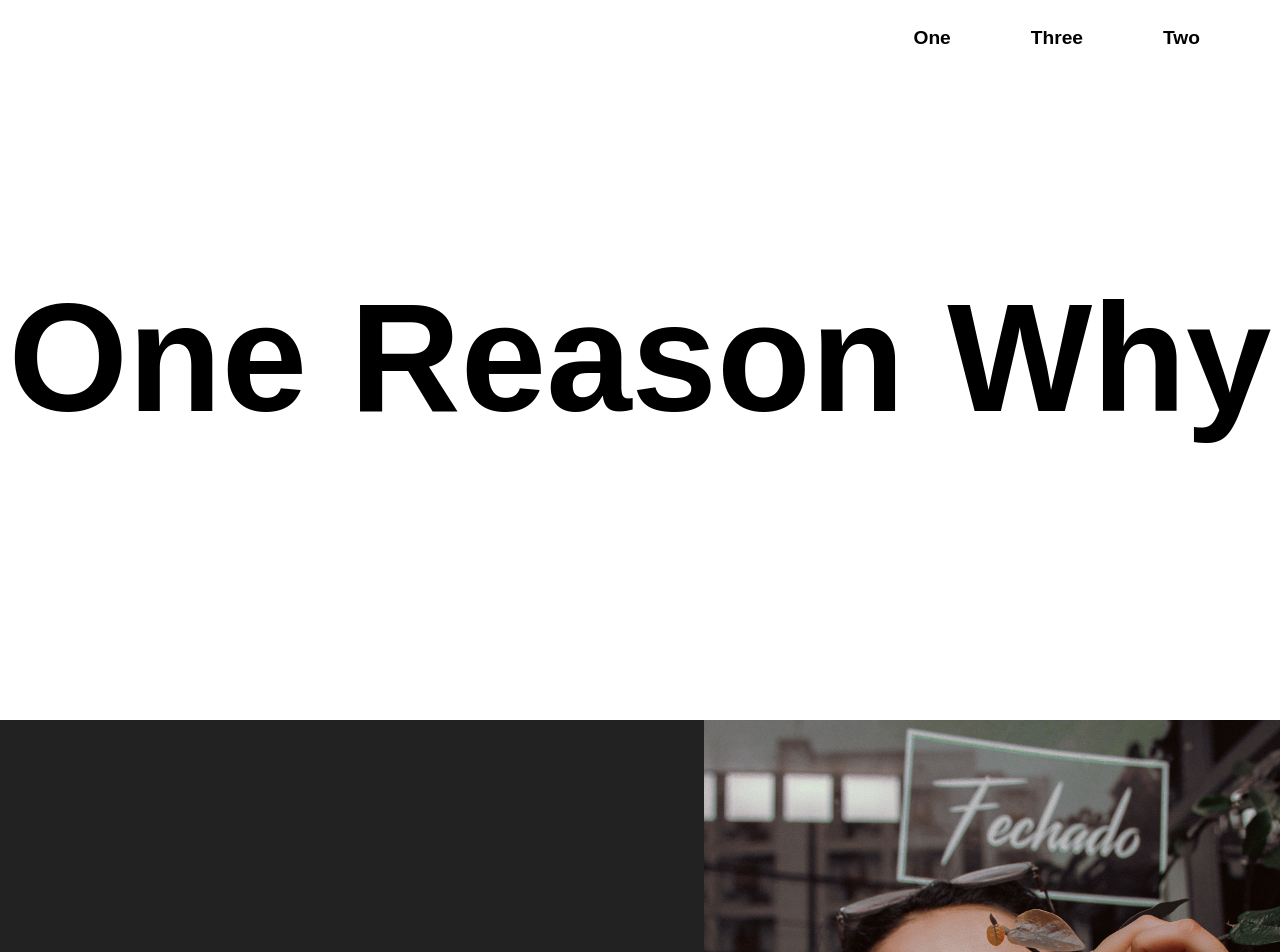
Repository: Imprasna/scrollmagic
Page: index.html
These files come from the project's save history. The page is drawn as it stood at one moment and after the next save; the edit follows.
The browser window is 1280 px wide. The pictures show the part of the page from y = 0 to 952 px (the page is 2200 px tall).
A picture or video elsewhere on the page could not be fetched, so the positions and the page height are approximate. Some web fonts or font styles are not loaded; a fallback is used. Some web libraries are served in a nearby version.

Above is the page before, as saved 2021-10-27 00:30:37.
Console error: TypeError: Cannot set properties of undefined (setting 'parent')

After the next save:
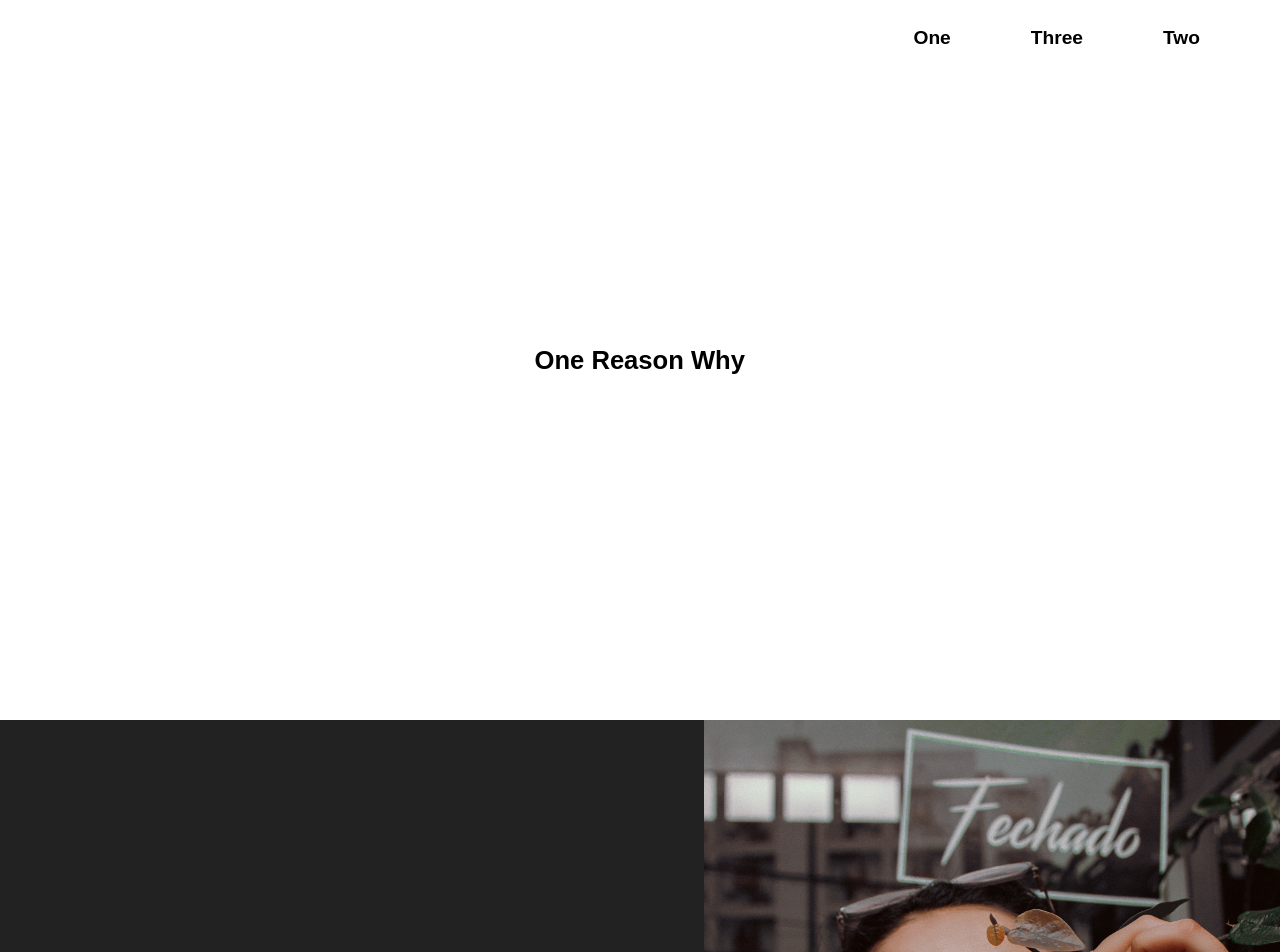
The error is gone.
Saved 8 s later.
--- a/app.js
+++ b/app.js
@@ -27,4 +27,4 @@ let tl3 = gsap.timeline({
 });
 
 tl.fromTo(".sliding-text", { y: 0 }, { y: -80 });
-tl2.fromTo(".logo", {scale: 6}, )
+tl2.fromTo(".logo", {scale: 6}, {scale: 1})
